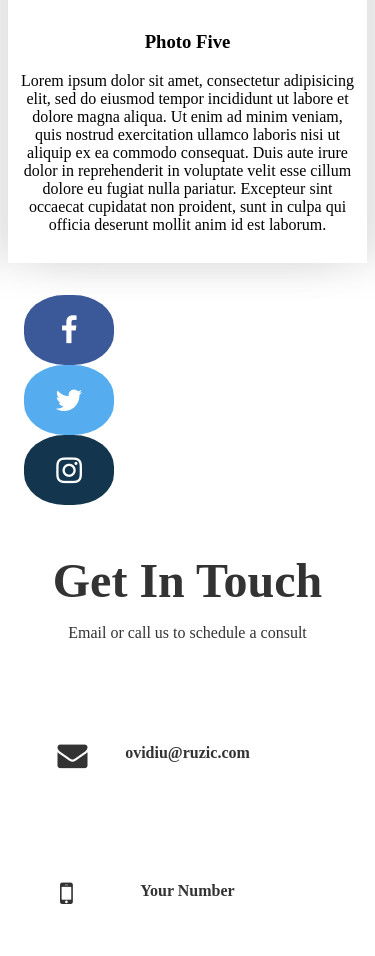
Repository: konstantin0s/mobile-photography
Page: index.html
The author's editor kept a copy of each file at every save. The page is drawn from the files as they stood at one save, then again after the next save.
The browser window is 375 px wide. The pictures show the part of the page from y = 3045 to 4001 px (the page is 4001 px tall before and 3851 px after).

Above is the page before, as saved 2019-05-11 15:18:49.

After the next save:
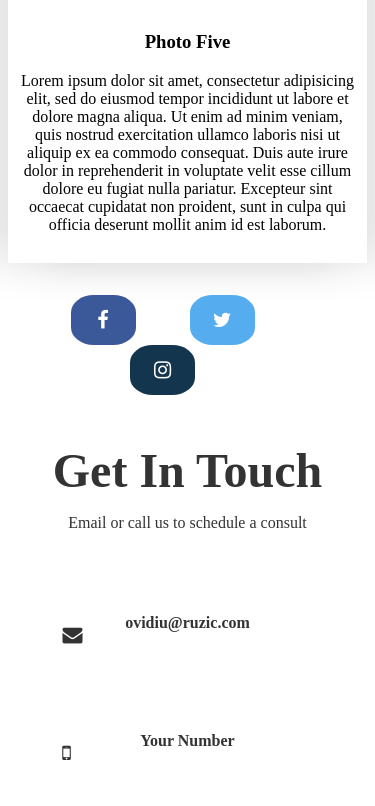
Saved 16 s later.
--- a/css/style.css
+++ b/css/style.css
@@ -217,16 +217,12 @@ footer h3 {
   }
 
   .fa {
-    /* padding: 15px;
+    padding: 15px;
     margin-right: 50px;
     font-size: 20px;
     width: 35px;
     text-align: center;
     text-decoration: none;
-    border-radius: 35%; */
-    display: flex;
-    flex-direction: column;
-    justify-content: center;
-    align-content: center;
-  }
-}
+    border-radius: 35%;
+  }
+}
